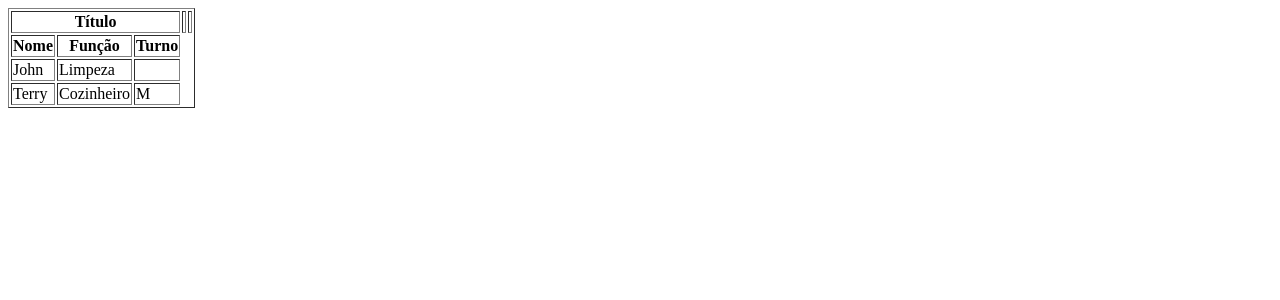
Repository: AndreiLGomes/faculdade
Page: 2 ano/WorkspaceTrilhaWeb/ProjetoTrilhaWeb/src/main/webapp/teste.html
An editor plug-in stored every save of this project. The page is shown before and after the next save, followed by the edit.
The browser window is 1280 px wide. The pictures show the whole page.

Above is the page before, as saved 2024-04-08 22:05:05.

After the next save:
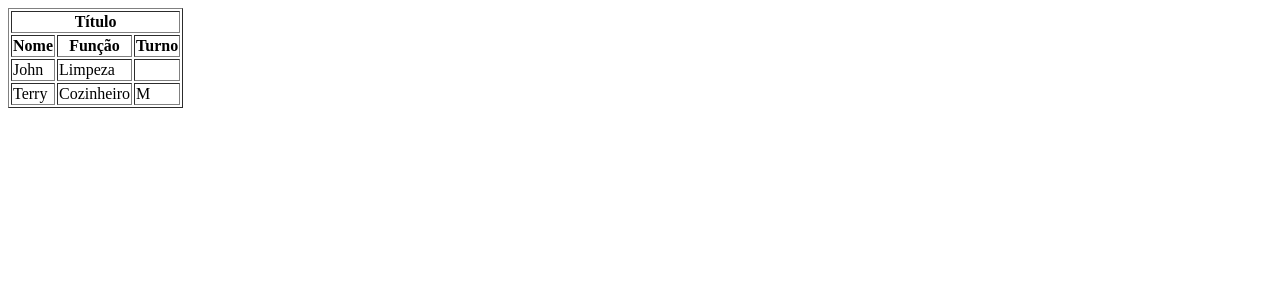
Saved 12 s later.
--- a/2 ano/WorkspaceTrilhaWeb/ProjetoTrilhaWeb/src/main/webapp/teste.html
+++ b/2 ano/WorkspaceTrilhaWeb/ProjetoTrilhaWeb/src/main/webapp/teste.html
@@ -1,8 +1,6 @@
 <table border="1">
 	<tr>
 		<th colspan="3">Título</th>
-		<th></th>
-		<th></th>
 	</tr>
 	<tr>
 		<th>Nome</th>
